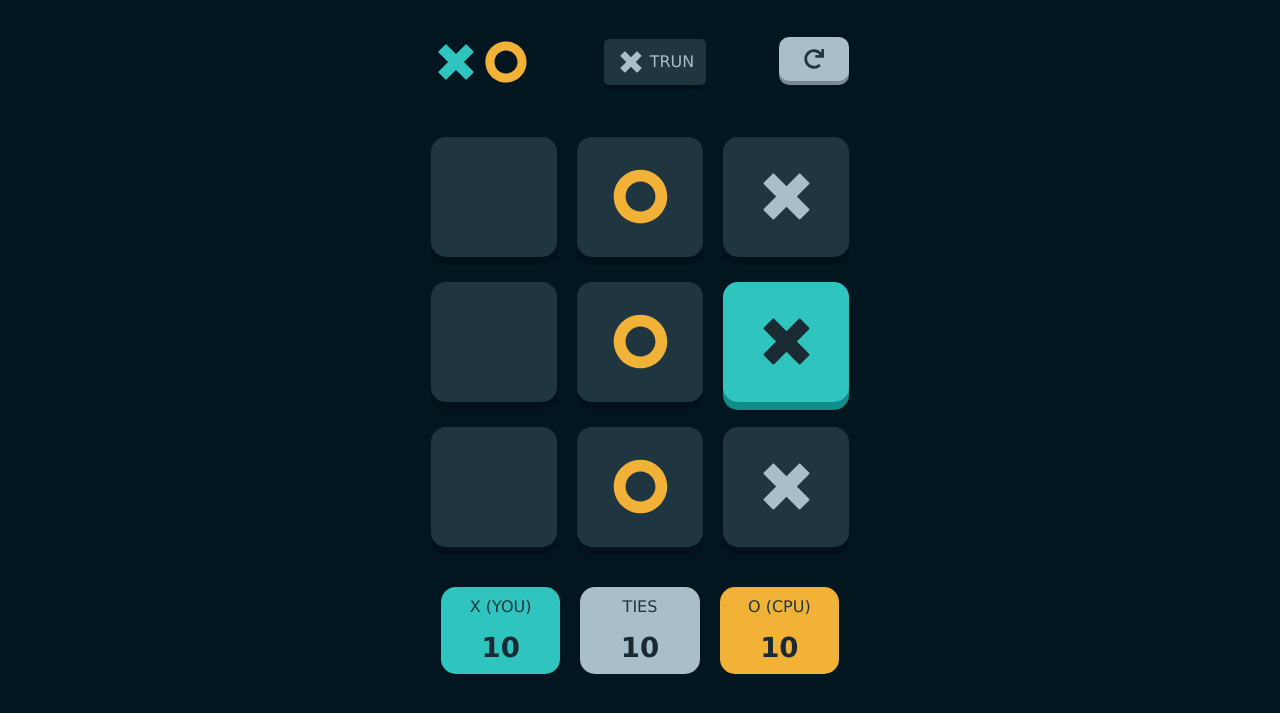
Repository: SD-Mdouka/XO_GAME
Page: /, after clicking the first element matching `button.btn`
An editor plug-in stored every save of this project. The page is shown before and after the next save, followed by the edit.
The browser window is 1280 px wide. The pictures show the whole page.
The project was rebuilt for these pictures with package versions that can differ from the ones it lists, and the page was loaded fresh each time. Also part of the build but not shown: src/component/modal/Restart.js, src/component/modal/Win.js.

Above is the page before, as saved 2022-08-30 12:18:34.

### src/index.js
import React from "react";
import ReactDOM from "react-dom/client";
import "./index.css";
import App from "./App";
import { ModalState } from "./component/context/ModalContext";
import { GameContext, GameState } from "./component/context/GameContext";

const root = ReactDOM.createRoot(document.getElementById("root"));
root.render(
  <React.StrictMode>
    <ModalState>
      <GameState>
        <App />
      </GameState>
    </ModalState>
  </React.StrictMode>
);

### src/index.css
* {
    padding: 0;
    margin: 0;
    box-sizing: border-box;
}

:root {
    --color-bg-dark: #192a33;
    --color-bg-light: #1f3640;
    --color-gray: #a8bec9;
    --color-gray-dark: #7a8991;
    --color-yellow: #f2b238;
    --color-yellow-dark: #cd8d16;
    --color-blue: #30c4be;
    --color-blue-dark: #128c89;
    --shadow-y: 6px;
}

html {
    font-family: "Lucida Sans", "Lucida Sans Regular", "Lucida Grande", "Lucida Sans Unicode", Geneva, Verdana, sans-serif;
    text-transform: uppercase;
    font-size: 16px;
}

body {
    background-color: var(--color-bg-dark);
    color: var(--color-gray);
}

.App {
    background-color: #021620;
    min-height: 100vh;
    display: flex;
    align-items: center;
    justify-content: center;
}

.container {
    max-width: 450px;
    width: 100%;
    margin-inline: auto;
    padding: 2rem 1rem;
}


/*utilites*/

.card {
    padding: 25px;
    display: flex;
    flex-direction: column;
    gap: 25px;
    border-radius: 15px;
    background-color: var(--color-bg-light);
    -webkit-border-radius: 15px;
    -moz-border-radius: 15px;
    -ms-border-radius: 15px;
    -o-border-radius: 15px;
    text-align: center;
}

.text-lg {
    font-size: 1.25rem;
}

.text-xl {
    font-size: 1.5rem;
}

.text-2xl {
    font-size: 1.725rem;
}

.text-light {
    color: var(--color-gray);
}

.text-blue {
    color: var(--color-blue);
}

.text-yellow {
    color: var(--color-yellow);
}

.bg-blue {
    background-color: var(--color-blue);
    color: var(--color-bg-dark);
}

.bg-yellow {
    background-color: var(--color-yellow);
    color: var(--color-bg-dark);
}

.bg-light {
    background-color: var(--color-gray);
    color: var(--color-bg-dark);
}

.bg-blue.text-light,
.bg-blue .text-light,
.bg-yellow.text-light,
.bg-yellow .text-light,
.bg-light .text-light,
.bg-light.text-light {
    color: var(--color-bg-light);
}

.btn {
    background-color: var(--color-gray);
    border: none;
    font-size: 1.125rem;
    font-weight: bold;
    padding: 12px 25px;
    text-transform: uppercase;
    cursor: pointer;
    border-radius: 10px;
    -webkit-border-radius: 10px;
    -moz-border-radius: 10px;
    -ms-border-radius: 10px;
    -o-border-radius: 10px;
    color: var(--color-bg-light);
    display: inline-block;
    box-shadow: 0 var(--shadow-y) 0 var(--color-gray-dark);
    margin-bottom: 6px;
    transition: all 0.2s;
    -webkit-transition: all 0.2s;
    -moz-transition: all 0.2s;
    -ms-transition: all 0.2s;
    -o-transition: all 0.2s;
}

.btn:hover {
    --shadow-y: 8px;
    transform: translateY(-2px);
    -webkit-transform: translateY(-2px);
    -moz-transform: translateY(-2px);
    -ms-transform: translateY(-2px);
    -o-transform: translateY(-2px);
}

.btn:active {
    --shadow-y: 4px;
    transform: translateY(2px);
    -webkit-transform: translateY(2px);
    -moz-transform: translateY(2px);
    -ms-transform: translateY(2px);
    -o-transform: translateY(2px);
}

.btn-yellow {
    background-color: var(--color-yellow);
    box-shadow: 0 var(--shadow-y) 0 var(--color-yellow-dark);
}

.btn-blue {
    background-color: var(--color-blue);
    box-shadow: 0 var(--shadow-y) 0 var(--color-blue-dark);
}

.btn-sm {
    --shadow-y: 4px;
}

.btn-sm:hover {
    --shadow-y: 6px;
}

.btn-sm:active {
    --shadow-y: 3px;
}

.shadow-gray {
    box-shadow: 0 8px 0 rgba(0, 0, 0, 0.2);
}

.shadow-blue {
    box-shadow: 0 8px 0 var(--color-blue-dark);
}

.shadow-yellow {
    box-shadow: 0 8px 0 var(--color-yellow-dark);
}


/* icons */

.icon {
    display: inline-block;
}

.icon svg {
    fill: var(--color-gray);
    height: 50px;
    width: 50px;
    vertical-align: middle;
}

.icon-sm svg {
    height: 30px;
    width: 30px;
}

.icon-lg svg {
    height: 65px;
    width: 65px;
}

.icon-yellow svg {
    fill: var(--color-yellow);
}

.icon-blue svg {
    fill: var(--color-blue);
}

.icon-dark svg {
    fill: var(--color-bg-dark);
}


/* Sarte */

.start {
    display: flex;
    flex-direction: column;
    gap: 25px;
}

.start__header {
    display: flex;
    align-items: center;
    justify-content: center;
}

.start__players {
    background-color: var(--color-bg-dark);
    padding: 10px;
    border-radius: 15px;
    -webkit-border-radius: 15px;
    -moz-border-radius: 15px;
    -ms-border-radius: 15px;
    -o-border-radius: 15px;
    display: flex;
    align-items: center;
    box-shadow: inset 0 0 8px rgba(0, 0, 0, 0.2);
}

.start__players span {
    width: 50%;
    display: flex;
    align-items: center;
    justify-content: center;
    padding: 15px 10px;
    border-radius: 10px;
    -webkit-border-radius: 10px;
    -moz-border-radius: 10px;
    -ms-border-radius: 10px;
    -o-border-radius: 10px;
    cursor: pointer;
}

.start__players--active {
    background-color: var(--color-gray);
    box-shadow: 0 0 8px rgba(255, 255, 255, 0.2);
}

.start__btns {
    display: flex;
    flex-direction: column;
    gap: 12px;
}


/* board */

.board__header {
    display: flex;
    justify-content: space-between;
    align-items: center;
    margin-bottom: 50px;
}

.board__turn {
    border-radius: 5px;
    background-color: var(--color-bg-light);
    -webkit-border-radius: 5px;
    -moz-border-radius: 5px;
    -ms-border-radius: 5px;
    -o-border-radius: 5px;
    padding: 8px 12px;
    align-items: center;
    display: flex;
    gap: 4px;
    box-shadow: 0 4px 0 rgba(0, 0, 0, 0.2);
}

.board__restart svg {
    height: 20px;
    display: flex;
    align-items: center;
    transform-origin: center;
    transition: all 0.3s;
    -webkit-transition: all 0.3s;
    -moz-transition: all 0.3s;
    -ms-transition: all 0.3s;
    -o-transition: all 0.3s;
}

.board__restart:active svg {
    transform: rotate(180deg);
    -webkit-transform: rotate(180deg);
    -moz-transform: rotate(180deg);
    -ms-transform: rotate(180deg);
    -o-transform: rotate(180deg);
}

.board__body {
    display: grid;
    grid-template-columns: repeat(3, 1fr);
    gap: 25px 20px;
}

.board__body .card {
    height: 120px;
    display: flex;
    align-items: center;
    justify-content: center;
    cursor: pointer;
    padding-inline: 10px;
}

.board__body .active.shadow-blue {
    background-color: var(--color-blue);
}

.board__body .active.shadow-yellow {
    background-color: var(--color-yellow);
}

.board__body .active.shadow-dark {
    background-color: var(--color-bg-dark);
}

.board__footer {
    margin-top: 30px;
    display: grid;
    grid-template-columns: repeat(3, 1fr);
    gap: 20px;
    padding: 10px;
}

.board__footer .card {
    gap: 15px;
    padding: 10px;
}


/*modal*/

.modal {
    position: fixed;
    top: 0;
    left: 0;
    width: 100vw;
    height: 100vh;
    z-index: 999;
    background-color: rgba(0, 0, 0, 0.5);
    display: flex;
    align-items: center;
}

.modal__content {
    width: 100%;
    background-color: var(--color-bg-light);
}


/*score*/

.score {
    text-align: center;
}

.score__title {
    font-size: 2rem;
    display: flex;
    align-items: center;
    justify-content: center;
    gap: 6px;
    margin: 30px 0;
}

.score__btns {
    display: flex;
    align-items: center;
    justify-content: center;
    gap: 15px;
}


/*restart*/

.restart {
    text-align: center;
}

.restart__title {
    font-size: 2rem;
    display: flex;
    align-items: center;
    justify-content: center;
    gap: 6px;
    margin-bottom: 30px;
}

.restart__btns {
    display: flex;
    align-items: center;
    justify-content: center;
    gap: 15px;
}

### src/App.js
import React, { useContext } from "react";
import Board from "./component/board/Board";
import { GameContext } from "./component/context/GameContext";
import Modal from "./component/modal/Modal";
import Start from "./component/start/Start";

const App = () => {
  const { screen } = useContext(GameContext);
  return (
    <div className="App">
      <div className="container">
        {screen === "start" && <Start />}
        {screen === "game" && <Board />}
      </div>
      <Modal />
    </div>
  );
};

export default App;

### src/component/context/ModalContext.js
import { createContext, useState } from "react";

const ModalContext = createContext();

const ModalState = (props) => {
  const [show, setShow] = useState(false);
  const [mode, setMode] = useState("winner"); // winer , start
  const showModal = () => setShow(true);
  const hideModal = () => setShow(false);

  return (
    <ModalContext.Provider
      value={{
        show,
        modalMode: mode,
        setModalMode: setMode,
        showModal,
        hideModal,
      }}
    >
      {props.children}
    </ModalContext.Provider>
  );
};
export { ModalContext, ModalState };

### src/component/context/GameContext.js
import { createContext, useState } from "react";

const GameContext = createContext();

const GameState = (props) => {
  const [screen, setScreen] = useState("start"); // start , game
  const [activeUser, setActiveUser] = useState("x"); // x , o
  const [playerMode, setPlayerMode] = useState("user"); // user , ordinateur
  const changePlayeMode = (mode) => {
    setPlayerMode(mode);
    setScreen("game");
  };
  return (
    <GameContext.Provider
      value={{
        screen,
        activeUser,
        setActiveUser,
        changePlayeMode,
      }}
    >
      {props.children}
    </GameContext.Provider>
  );
};
export { GameContext, GameState };

### src/component/board/Board.js
import React from "react";
import Xicons from "../icons/Xicons";
import Oicons from "../icons/Oicons";
import Refrsh from "../icons/Refrsh";
import BorardCard from "./BorardCard";

const Board = () => {
  const squars = [" ", "o", "x", " ", "o", "x", " ", "o", "x"];
  return (
    <div className="board">
      <div className="board__header">
        <div>
          <Xicons />
          <Oicons />
        </div>
        <div className="board__turn">
          <Xicons color={"ligth"} size="sm" /> trun
        </div>
        <div>
          <button className="btn btn-sm board__restart">
            <Refrsh />
          </button>
        </div>
      </div>
      <div className="board__body">
        {squars.map((sq, ix) => (
          <BorardCard key={ix} index={ix} user={sq} active={ix === 5} />
        ))}
      </div>
      <div className="board__footer">
        <div className="card bg-blue">
          <p className="text-light">x (you)</p>
          <strong className="text-2xl">10</strong>
        </div>
        <div className="card bg-light">
          <p className="text-light">ties</p>
          <strong className="text-2xl">10</strong>
        </div>
        <div className="card bg-yellow">
          <p className="text-light">o (cpu)</p>
          <strong className="text-2xl">10</strong>
        </div>
      </div>
    </div>
  );
};

export default Board;

### src/component/modal/Modal.js
import React, { useContext } from "react";
import { ModalContext } from "../context/ModalContext";
import Restart from "./Restart";
import Win from "./Win";

const Modal = () => {
  const { show, modalMode } = useContext(ModalContext);
  return (
    <>
      {show && (
        <div className="modal">
          <div className="modal__content">
            <div className="container">
              {modalMode === "winner" && <Win />}
              {modalMode === "restart" && <Restart />}
            </div>
          </div>
        </div>
      )}
    </>
  );
};

export default Modal;

### src/component/start/Start.js
import React, { useContext } from "react";
import Xicons from "../icons/Xicons";
import Oicons from "../icons/Oicons";
import { GameContext } from "../context/GameContext";

const Start = () => {
  const { activeUser, setActiveUser, changePlayeMode } =
    useContext(GameContext);
  return (
    <div className="start">
      <div className="start__header">
        <Xicons />
        <Oicons />
      </div>
      <div className="card shadow-gray">
        <h1 className="text-lg">Pick Player 1'st mark</h1>
        <div className="start__players">
          <span
            className={activeUser === "x" ? "start__players--active" : ""}
            onClick={() => setActiveUser("x")}
          >
            <Xicons color={activeUser === "x" ? "dark" : "light"} />
          </span>
          <span
            className={activeUser === "o" ? "start__players--active" : ""}
            onClick={() => setActiveUser("o")}
          >
            <Oicons color={activeUser === "o" ? "dark" : "light"} />
          </span>
        </div>
        <p className="text-light">remember:x goes first</p>
      </div>
      <div className="start__btns">
        <button
          className="btn btn-yellow"
          onClick={() => changePlayeMode("cpu")}
        >
          new game (vs CPU)
        </button>
        <button
          className="btn btn-blue"
          onClick={() => changePlayeMode("user")}
        >
          new game (vs Player)
        </button>
      </div>
    </div>
  );
};

export default Start;

### src/component/icons/Xicons.js
import React from "react";

const Xicon = ({ color, size }) => {
  return (
    <div
      className={`icon ${color ? "icon-" + color : "icon-blue"} ${
        size && "icon-" + size
      }`}
    >
      <svg
        version="1.1"
        id="Layer_1"
        x="0px"
        y="0px"
        width="100px"
        height="100px"
        viewBox="0 0 100 100"
      >
        <path
          d="M84.707,68.752L65.951,49.998l18.75-18.752c0.777-0.777,0.777-2.036,0-2.813L71.566,15.295
	c-0.777-0.777-2.037-0.777-2.814,0L49.999,34.047l-18.75-18.752c-0.746-0.747-2.067-0.747-2.814,0L15.297,28.431
	c-0.373,0.373-0.583,0.88-0.583,1.407c0,0.527,0.21,1.034,0.583,1.407L34.05,49.998L15.294,68.753
	c-0.373,0.374-0.583,0.88-0.583,1.407c0,0.528,0.21,1.035,0.583,1.407l13.136,13.137c0.373,0.373,0.881,0.583,1.41,0.583
	c0.525,0,1.031-0.21,1.404-0.583l18.755-18.755l18.756,18.754c0.389,0.388,0.896,0.583,1.407,0.583c0.511,0,1.019-0.195,1.408-0.583
	l13.138-13.137C85.484,70.789,85.484,69.53,84.707,68.752z"
        />
      </svg>
    </div>
  );
};

export default Xicon;

### src/component/icons/Oicons.js
import React from "react";

const Oicon = ({ color, size }) => {
  return (
    <div
      className={`icon ${color ? "icon-" + color : "icon-yellow"} ${
        size && "icon-" + size
      }`}
    >
      <svg
        version="1.1"
        id="Layer_1"
        x="0px"
        y="0px"
        viewBox="-169 -35 100 100"
      >
        <g>
          <path
            d="M-119,56.2c-22.7,0-41.2-18.5-41.2-41.2s18.5-41.2,41.2-41.2c22.7,0,41.2,18.5,41.2,41.2S-96.3,56.2-119,56.2z M-119-8
		c-12.7,0-23,10.3-23,23c0,12.7,10.3,23,23,23s23-10.3,23-23C-96,2.3-106.3-8-119-8z"
          />
        </g>
      </svg>
    </div>
  );
};

export default Oicon;

### src/component/icons/Refrsh.js
import React from "react";

const Refrsh = () => {
  return (
    <svg
      aria-hidden="true"
      focusable="false"
      data-prefix="fas"
      data-icon="redo"
      role="img"
      xmlns="http://www.w3.org/2000/svg"
      viewBox="0 0 512 512"
    >
      <path
        fill="currentColor"
        d="M500.33 0h-47.41a12 12 0 0 0-12 12.57l4 82.76A247.42 247.42 0 0 0 256 8C119.34 8 7.9 119.53 8 256.19 8.1 393.07 119.1 504 256 504a247.1 247.1 0 0 0 166.18-63.91 12 12 0 0 0 .48-17.43l-34-34a12 12 0 0 0-16.38-.55A176 176 0 1 1 402.1 157.8l-101.53-4.87a12 12 0 0 0-12.57 12v47.41a12 12 0 0 0 12 12h200.33a12 12 0 0 0 12-12V12a12 12 0 0 0-12-12z"
      ></path>
    </svg>
  );
};

export default Refrsh;

### src/component/board/BorardCard.js
import React from "react";
import Xicons from "../icons/Xicons";
import Oicons from "../icons/Oicons";

const BorardCard = ({ user = "nouser", active, index }) => {
  return (
    <div
      className={`card
      ${active && user === "x" && "shadow-blue"}
    ${active && user === "o" && "shadow-yellow"}
    ${!active ? "shadow-gray" : "active"}
    `}
    >
      {user === "x" && (
        <Xicons color={`${active && user === "x" && "dark"}`} size="lg" />
      )}
      {user === "o" && <Oicons size="lg" />}
    </div>
  );
};

export default BorardCard;

Loaded but not shown: public/index.html (common file)

After the next save:
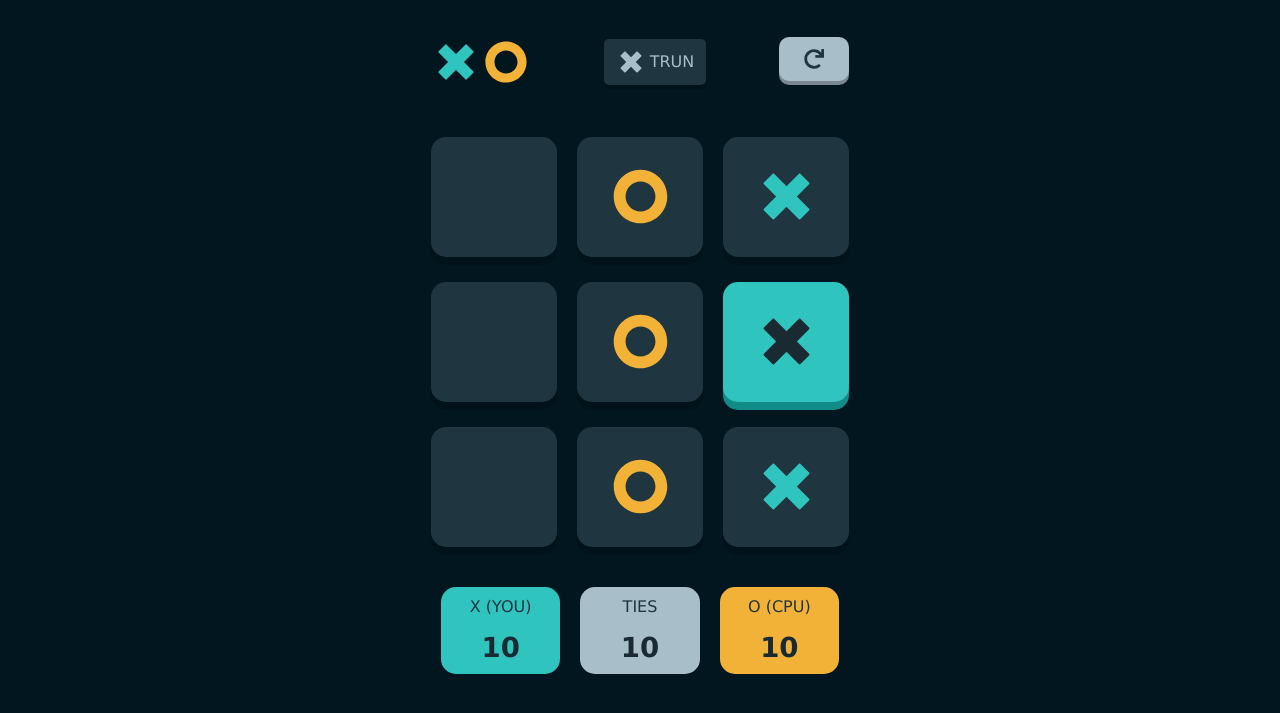
Saved 41 s later.
--- a/src/component/board/BorardCard.js
+++ b/src/component/board/BorardCard.js
@@ -12,7 +12,7 @@ const BorardCard = ({ user = "nouser", active, index }) => {
     `}
     >
       {user === "x" && (
-        <Xicons color={`${active && user === "x" && "dark"}`} size="lg" />
+        <Xicons color={`${active && user === "x" ? "dark" : ""}`} size="lg" />
       )}
       {user === "o" && <Oicons size="lg" />}
     </div>
